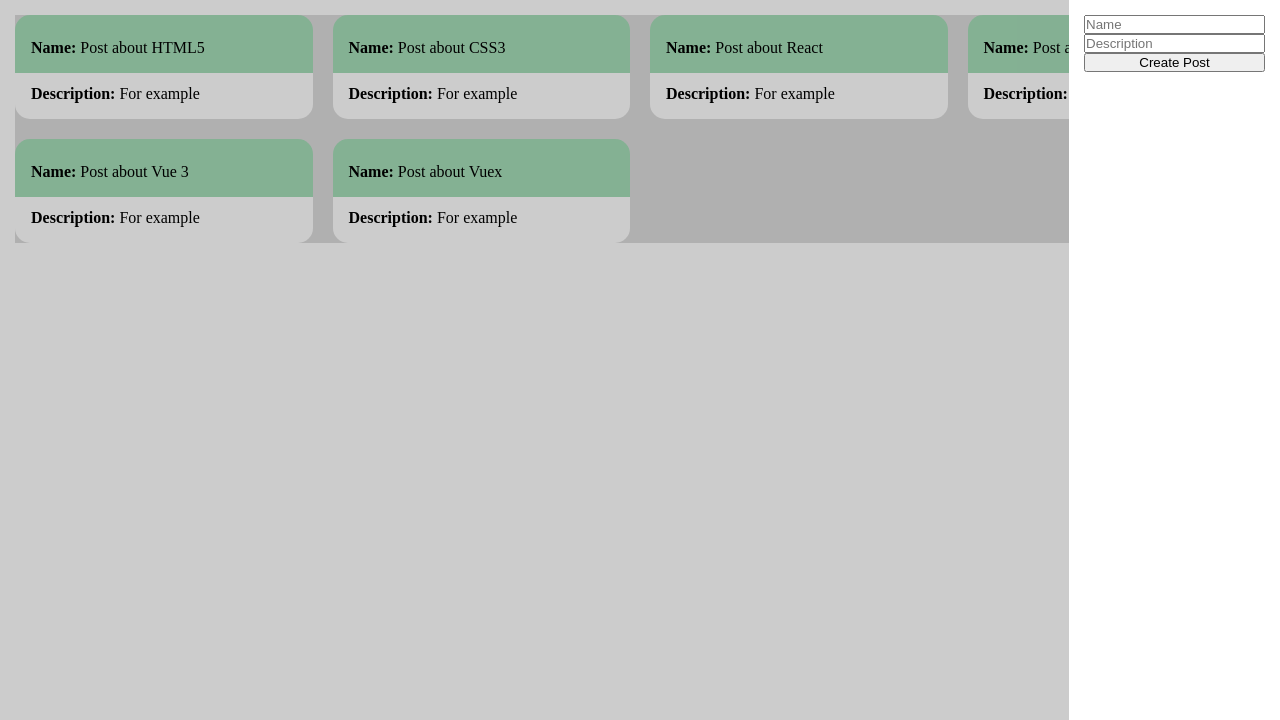
Repository: Axeliriya/vue-todo
Page: /
An editor plug-in stored every save of this project. The page is shown before and after the next save, followed by the edit.
The browser window is 1280 px wide. The pictures show the whole page.
The project was rebuilt for these pictures with package versions that can differ from the ones it lists, and the page was loaded fresh each time. Also part of the build but not shown: vue.config.js.

Above is the page before, as saved 2022-04-01 17:25:40.

After the next save:
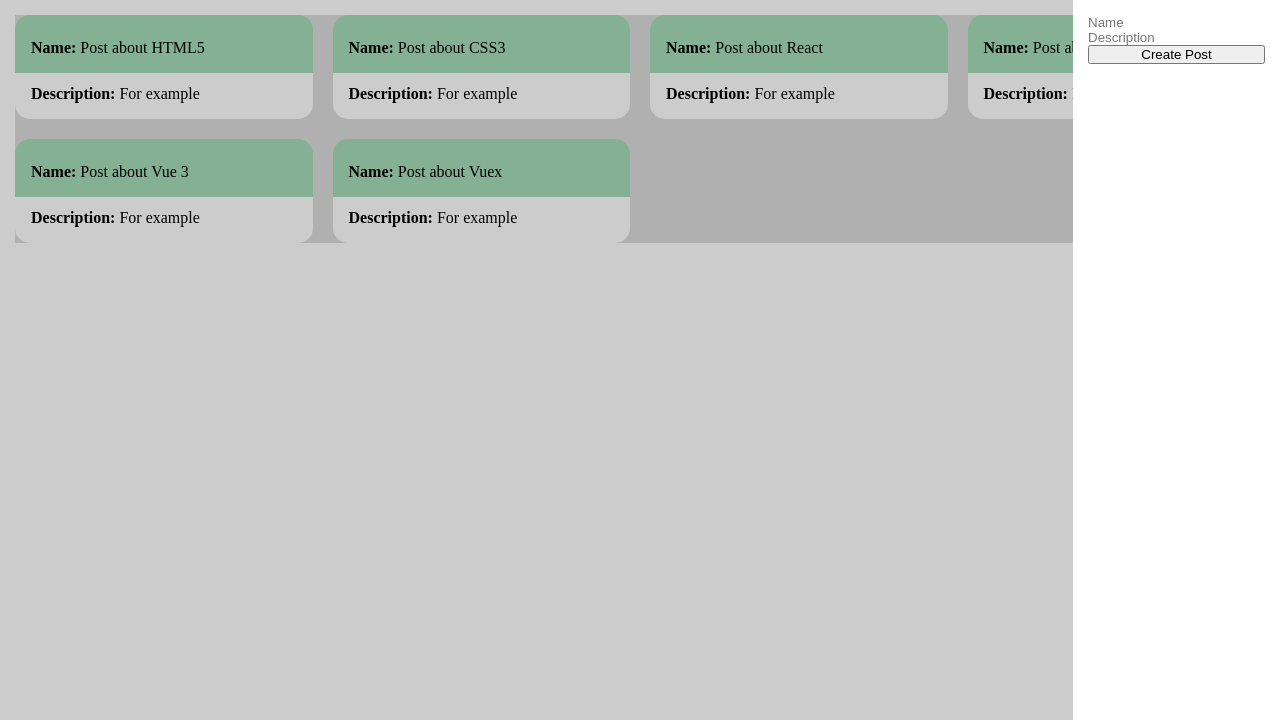
Saved 98 s later.
--- a/src/App.vue
+++ b/src/App.vue
@@ -80,6 +80,11 @@ img {
   grid-template-columns: 1fr;
 }
 
+.input {
+  background-color: transparent;
+  border: none;
+}
+
 .posts {
   display: grid;
   grid-template-columns: repeat(4, 1fr);
